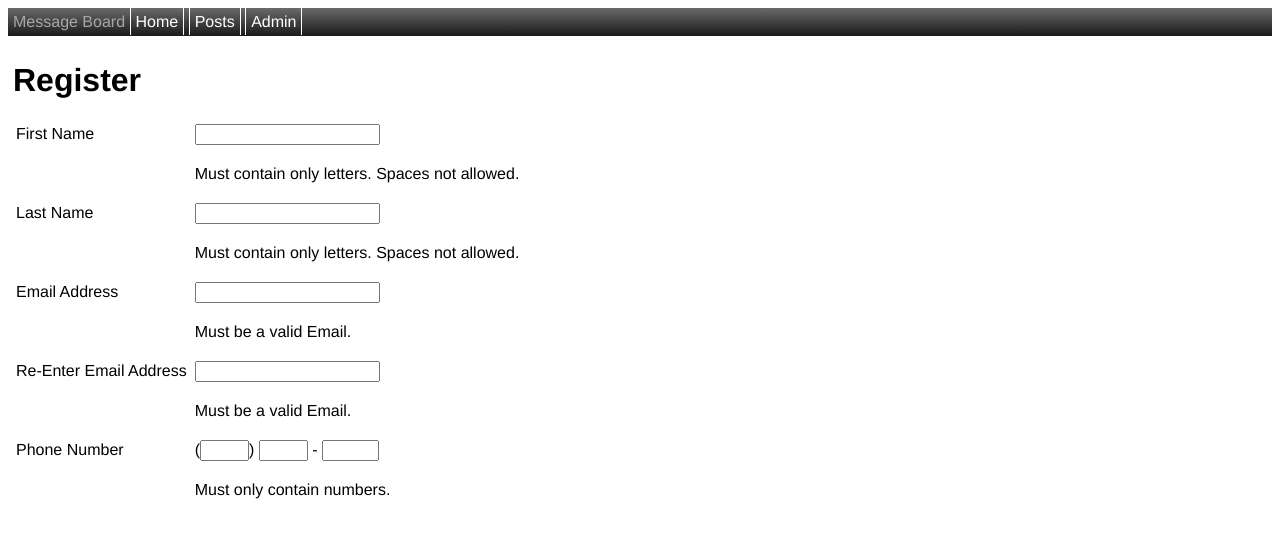
Repository: JesseFo/Whitespace
Page: whitespace/WebContent/WEB-INF/register.html
An editor plug-in stored every save of this project. The page is shown before and after the next save, followed by the edit.
The browser window is 1280 px wide. The pictures show the whole page.

Above is the page before, as saved 2015-10-15 08:11:08.

After the next save:
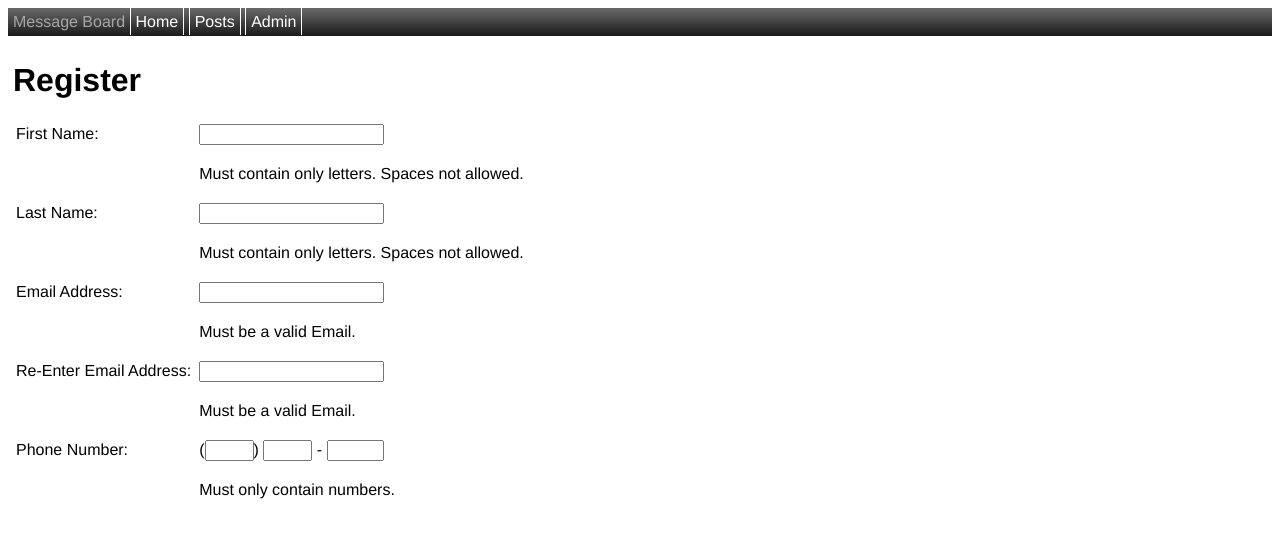
Saved 56 s later.
--- a/whitespace/WebContent/WEB-INF/register.html
+++ b/whitespace/WebContent/WEB-INF/register.html
@@ -21,7 +21,7 @@
 				<form action="#" method="post">
 					<table>
 						<tr>
-							<td>First Name</td>
+							<td>First Name:</td>
 							<td><input type="text" name="fname" /></td>
 						</tr>
 						<tr>
@@ -29,7 +29,7 @@
 							<td><p>Must contain only letters. Spaces not allowed.</p></td>
 						</tr>
 						<tr>
-							<td>Last Name</td>
+							<td>Last Name:</td>
 							<td><input type="text" name="lname" /></td>
 						</tr>
 						<tr>
@@ -37,7 +37,7 @@
 							<td><p>Must contain only letters. Spaces not allowed.</p></td>
 						</tr>
 						<tr>
-							<td>Email Address</td>
+							<td>Email Address:</td>
 							<td><input type="text" name="email" /></td>
 						</tr>
 						<tr>
@@ -45,7 +45,7 @@
 							<td><p>Must be a valid Email.</p></td>
 						</tr>
 						<tr>
-							<td>Re-Enter Email Address</td>
+							<td>Re-Enter Email Address:</td>
 							<td><input type="text" name="email2" /></td>
 						</tr>
 						<tr>
@@ -53,7 +53,7 @@
 							<td><p>Must be a valid Email.</p></td>
 						</tr>
 						<tr>
-							<td>Phone Number</td>
+							<td>Phone Number:</td>
 							<td>
 								(<input class="phone" type="text" name="phone1" maxlength="3" size="3" />)
 								<input class="phone" type="text" name="phone2" maxlength="3" size="3" /> -
